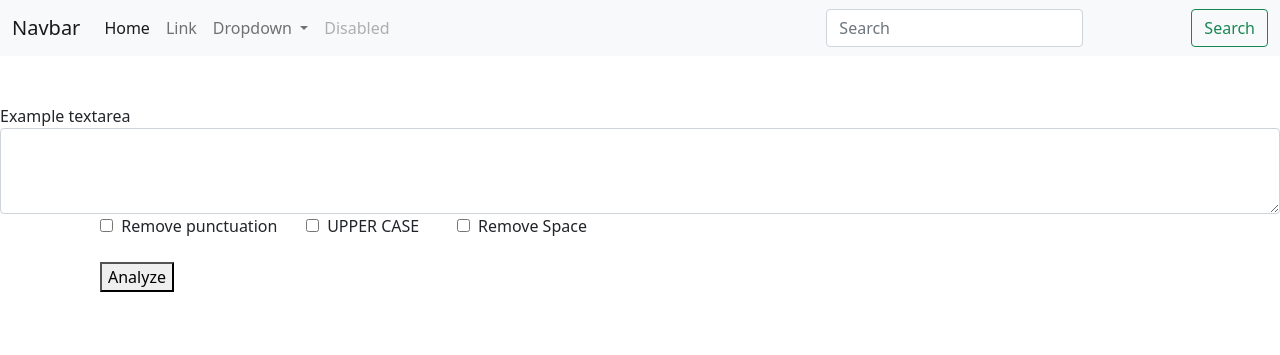
Repository: thenameisshreyank/Textutility
Page: http://localhost/
These files come from the project's save history. The page is drawn as it stood at one moment and after the next save; the edit follows.
The browser window is 1280 px wide. The pictures show the whole page.
The page is served by the project's application, run on Django 4.2 (manage.py).

Above is the page before, as saved 2022-04-15 09:05:10.

After the next save:
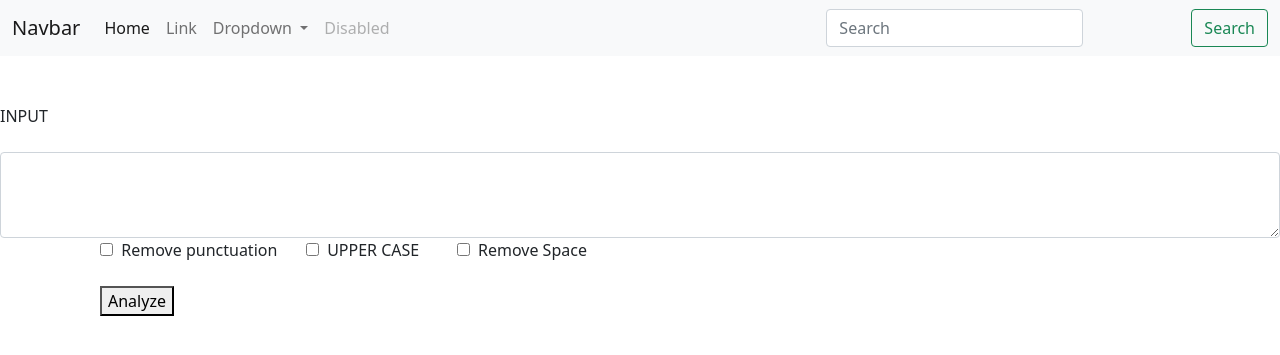
Saved 28 s later.
--- a/templates/index.html
+++ b/templates/index.html
@@ -63,7 +63,7 @@
       </nav><br><br>
       <form action="analyze" method="get">
         <div class="form-group">
-          <label for="exampleFormControlTextarea1">Example textarea</label>
+          <label for="exampleFormControlTextarea1">INPUT</label><br><br>
           <textarea class="form-control" id="textarea" rows="3"></textarea>
         </div>
         <input type="checkbox" id="rf" name="rf" value="true">&nbsp;&nbsp;Remove punctuation&nbsp;&nbsp;&emsp;
